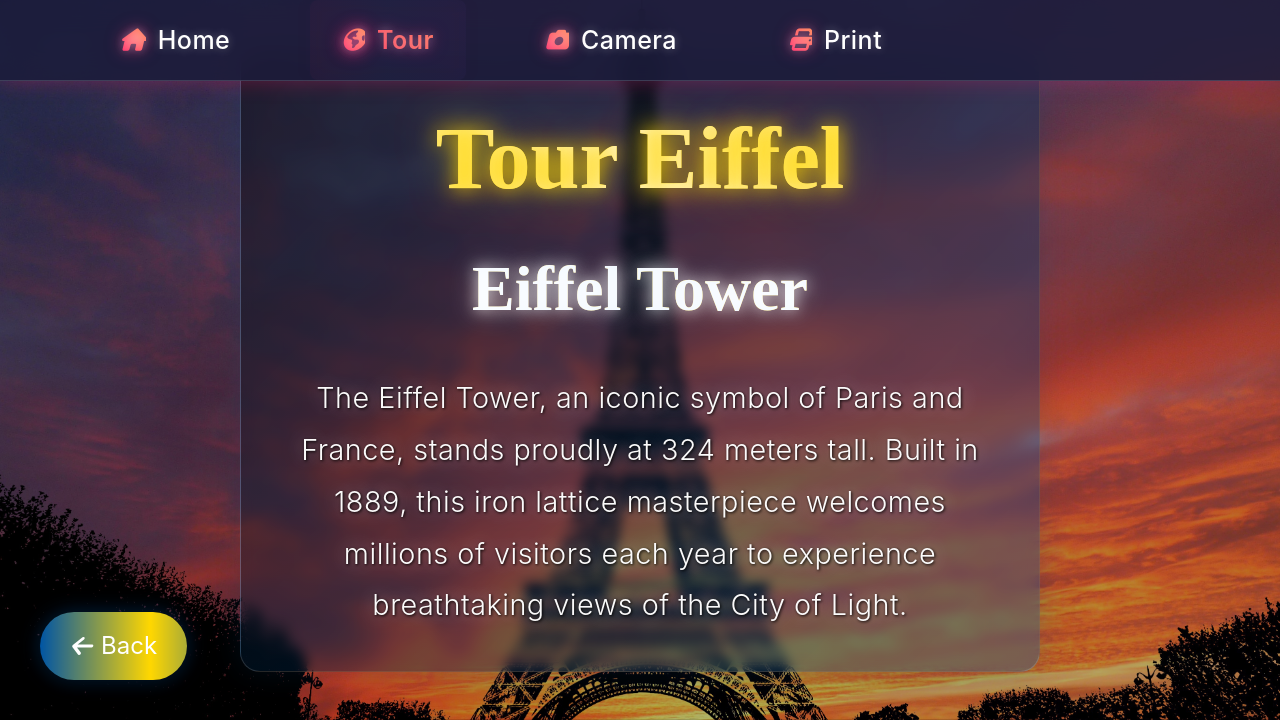
Repository: huang-heavenly-Emperor/NewYork
Page: eiffel.html
These files come from the project's save history. The page is drawn as it stood at one moment and after the next save; the edit follows.
The browser window is 1280 px wide. The pictures show the whole page.

Above is the page before, as saved 2025-02-19 15:04:03.

After the next save:
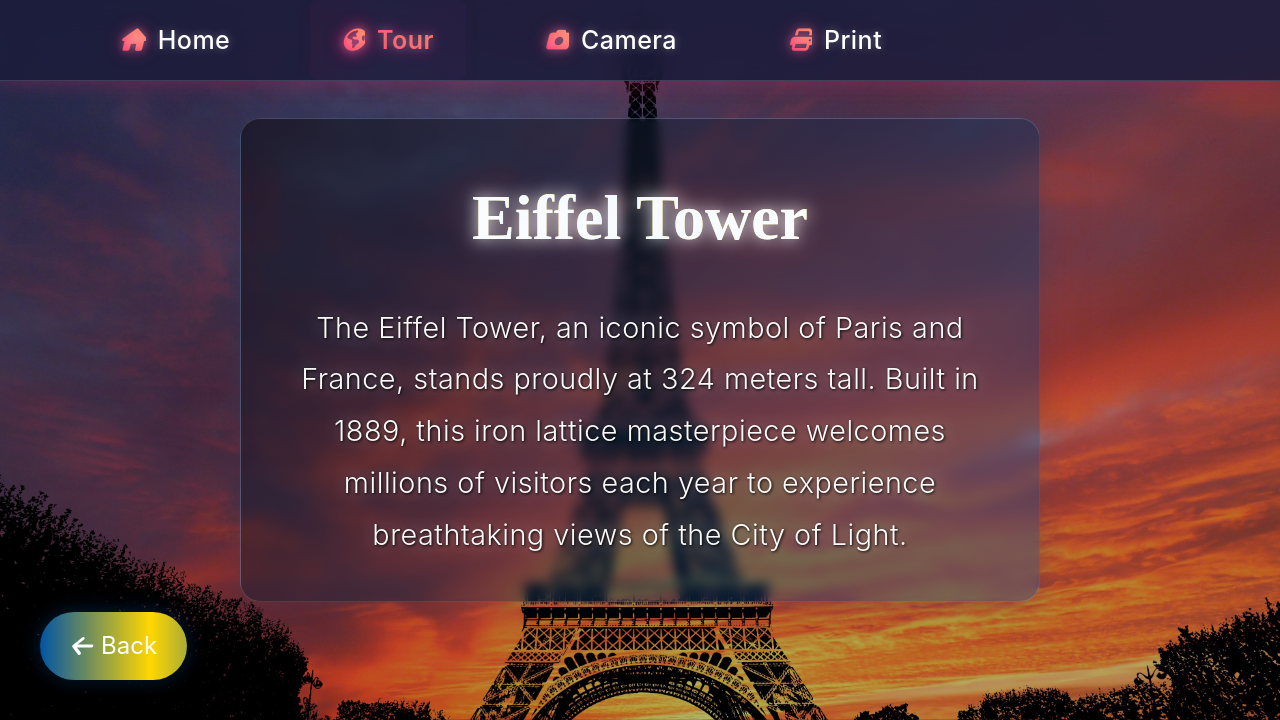
Saved 36 s later.
--- a/eiffel.html
+++ b/eiffel.html
@@ -79,7 +79,7 @@
       <img src="images/eiffel2.jpg" alt="Eiffel Tower">
       <div class="banner-text">
         <h1>
-          <span class="french">Tour Eiffel</span>
+          <span class="french"></span>
           <span class="english">Eiffel Tower</span>
         </h1>
         <p>
